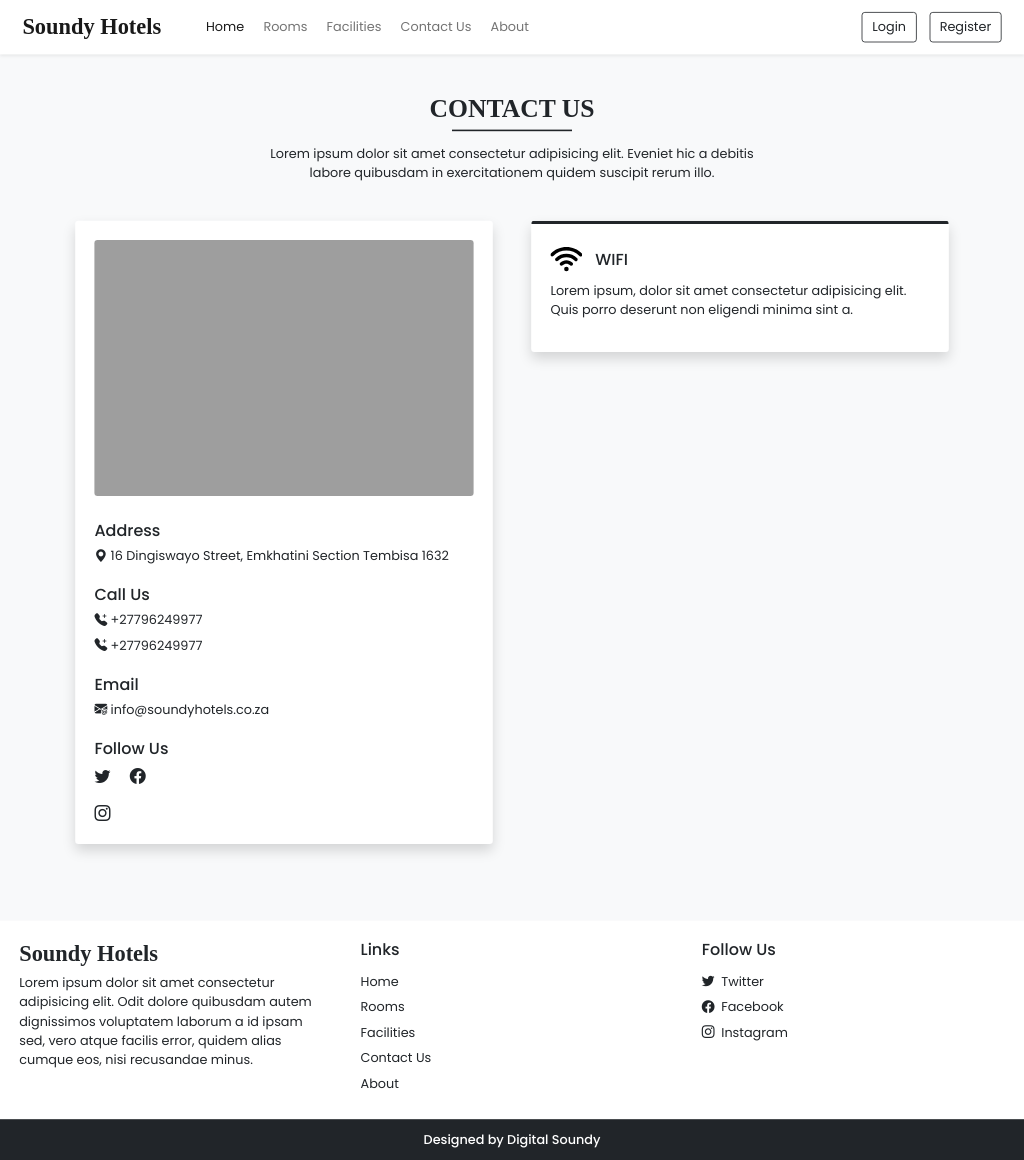
Repository: spencersoundy/Hotel-Booking-App
Page: http://localhost/contact.php
An editor plug-in stored every save of this project. The page is shown before and after the next save, followed by the edit.
The browser window is 1280 px wide. The pictures show the whole page, at 80% of full size.
Pictures or frames that could not be fetched are drawn as grey boxes. Some web fonts or font styles are not loaded; a fallback is used. The page is run by PHP 8.4 with error messages shown; the project is at /var/www/html/.

Above is the page before, as saved 2023-08-04 23:53:13.

After the next save:
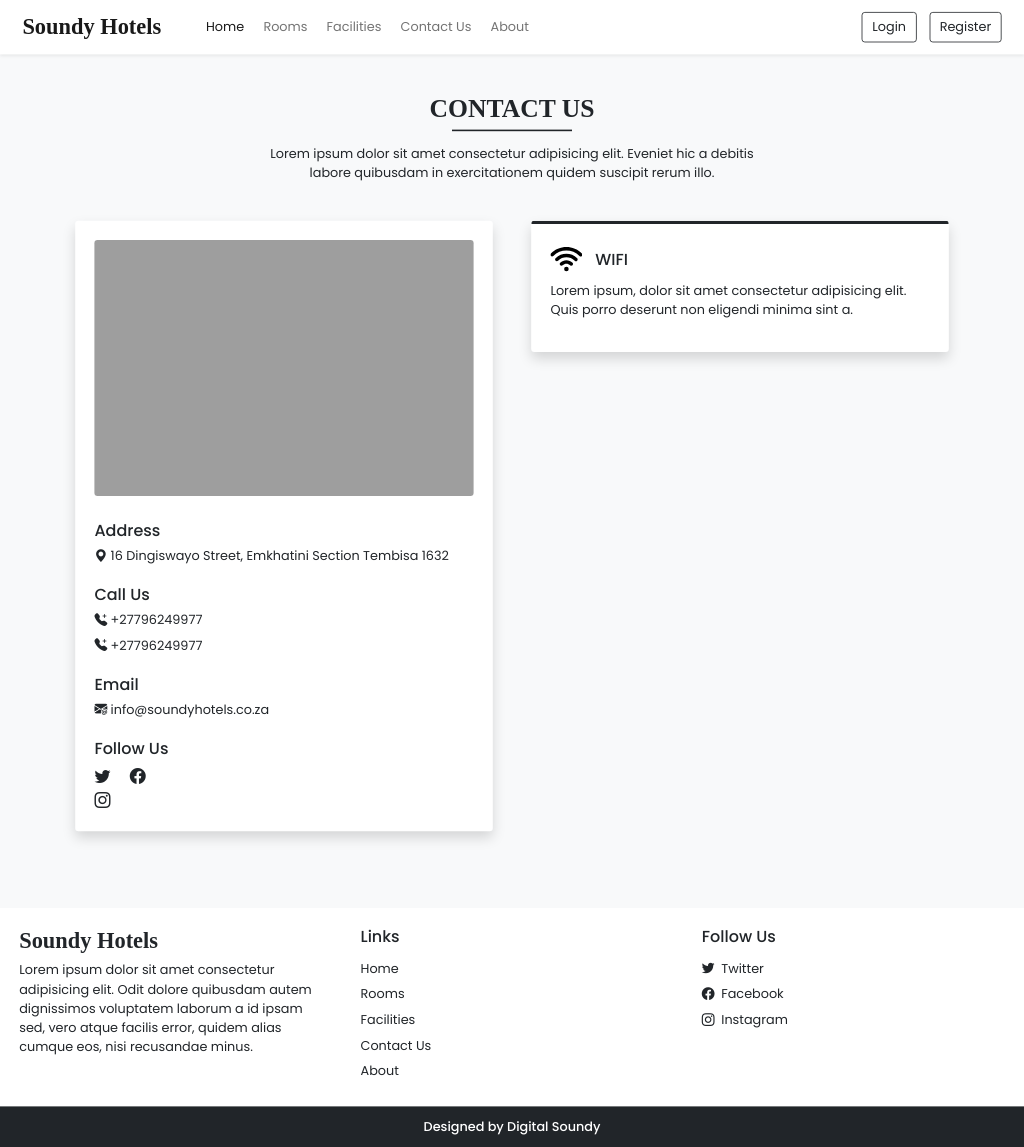
Saved 4 s later.
--- a/contact.php
+++ b/contact.php
@@ -47,7 +47,7 @@
                 </a>
 
                 <h5 class="mt-4">Follow Us</h5>
-                <a href="#" class="d-inline-block mb-3 text-dark fs-5 me-3">
+                <a href="#" class="d-inline-block text-dark fs-5 me-3">
                         <i class="bi bi-twitter me-1"></i>
                 </a>
                 <a href="#" class="d-inline-block text-dark fs-5 me-3">
